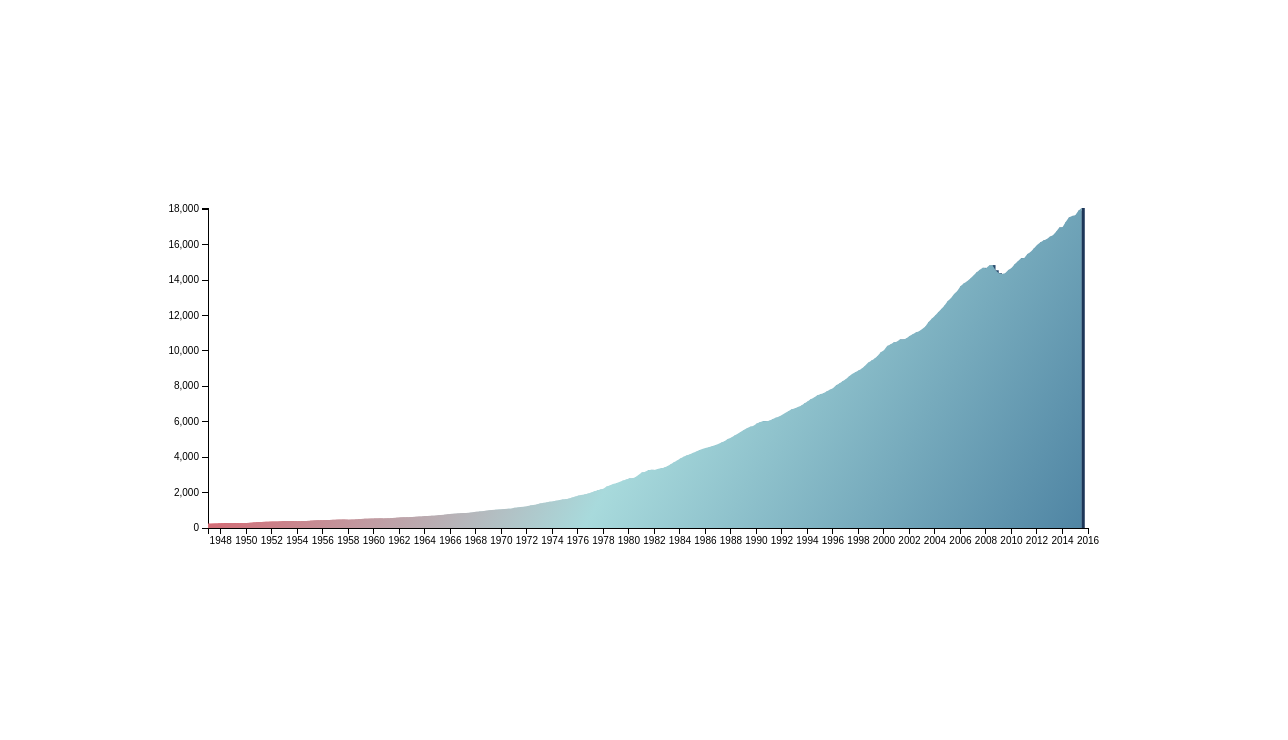
Repository: zizhang-AI/d3-barChart
Page: hello-world.html
The author's editor kept a record of every edit. The page is drawn from the files as they stood at one moment, then again after the next edit.
The browser window is 1280 px wide. The page is 1288 px wide, so the pictures cover 1288 px, including what lies to the right of the window. The pictures show the whole page.

Above is the page before.

### hello-world.html
<!DOCTYPE html>
<html lang="en-us">
<head>
	<meta charset="utf-8">
	<title>BarChartD3</title>
</head>
<style type="text/css">
	.axis text {
	  font: 10px sans-serif;
	}

	.axis path,
	.axis line {
	  fill: none;
	  stroke: #000;
	  shape-rendering: crispEdges;
	}
	.area {
		fill: url(#areaGradientFill);
	}
</style>
<body>
	<script type="text/javascript" src="d3.min.js" charset="utf-8"></script>
	<script type="text/javascript">

	d3.json("GDP-data.json", function(error, json) {
	  if (error) return console.warn(error);
	  data = json;
	  visualizeIt();
	});
	function visualizeIt() {
		let format = d3.time.format('%Y-%m-%d'),
			margin = {top: 200, right: 200, bottom: 200, left: 200},
			width = window.innerWidth,
			height = window.innerHeight;
		for (let i in data.data) {
			data.data[i][0] = format.parse(data.data[i][0]);
		}
		let xScale = d3.time.scale()
						.domain([d3.time.year(format.parse(data.from_date)),
								d3.time.year.offset(d3.time.year(format.parse(data.to_date)),1)])
						.range([0, width - margin.left - margin.right]);
		let yScale = d3.scale.linear()
						.domain([d3.max(data.data.map(function (d) {return d[1];})),0])
						.range([0, height - margin.top - margin.bottom]);
		let colorScale = d3.scale.linear()
						.domain([0,data.data.length*0.33, data.data.length*0.66, data.data.length])
						.range(['#e63946','#a8dadc','#457b9d','#1d3557']);

		let svg = d3.select('body')
						.append('svg')
						.attr({
							'width': width,
							'height': height,
						})
					.append('g')
						.attr('transform', 'translate(' + margin.left + ',' + margin.top + ')');
		///it is to be noted that directly translate svg does not work for Chrome, but appending a 'g' before translation works.
		let xAxis = d3.svg.axis()
						.scale(xScale)
						.ticks(d3.time.years, 2)
						.orient('bottom');
		let yAxis = d3.svg.axis()
						.scale(yScale)
						.orient('left');
		let offsetXAxis = height-margin.top - margin.bottom;

	  svg.append('defs')
	  		.append("linearGradient")
			.attr("id", "areaGradientFill")
			.attr("gradientUnits", "userSpaceOnUse")
			.attr("x1", 0)
			.attr("y1", '0%')
			.attr("x2", '100%')
			.attr("y2", '100%')
		.selectAll("stop")
			.data([
			{offset: "0%", color: "#e63946"},
			{offset: "33%", color: "#a8dadc"},
			{offset: "66%", color: "#457b9d"},
			{offset: "100%", color: "#1d3557"}
			])
			.enter().append("stop")
			.attr("offset", function(d) { return d.offset; })
			.attr("stop-color", function(d) { return d.color; });

		svg.append('g')
			.attr('class','x axis')
			.attr('transform','translate(0,'+ offsetXAxis +')')
			.call(xAxis);
		svg.append('g')
			.attr('class','y axis')
			.call(yAxis);
		svg.selectAll('.bar')
				.data(data.data)
			.enter().append('rect')
				.attr('class','bar')
				.attr('x',function(d){return xScale(d[0]);})
				.attr('y', function(d){return height - margin.top - margin.bottom;})
				.attr('fill', function(d,i){return colorScale(i);})
				.attr('width',(width - margin.left - margin.right)/data.data.length)
				.attr('height',0);
		///since the bar is drawn from top to bottom, you need to transition two properties.
		svg.selectAll('.bar')
			.transition()
			.duration(1000) //the duration change will bring very desirable animation!!
			.ease('elastic')
			.delay(function(d, i) {return i*2;})
			.attr('height', function(d){return height - yScale(d[1]) - margin.top - margin.bottom;})
			.attr('y',function(d) {return yScale(d[1]);});

		/*transition to area chart*/
		let area = d3.svg.area()
						.x(function(d) {return xScale(d[0]);})
						.y0(height-margin.top-margin.bottom)
						.y1(function(d) {return yScale(d[1]);});
		svg.append('path')
			.datum(data.data)
			.attr('class', 'area')
			.attr('d',area);
	}
	</script>
</body>

</html>

Loaded but not shown: d3.min.js (library); GDP-data.json (common file)

After the next edit:
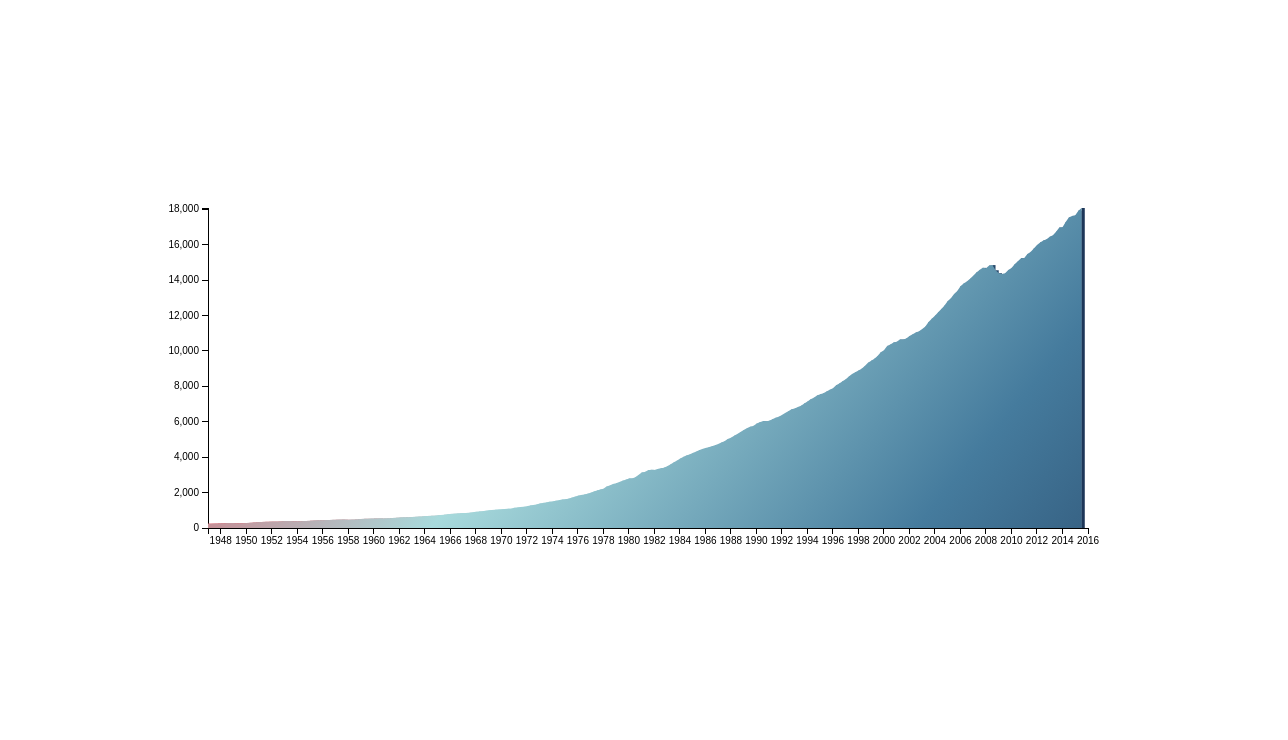
The edit:
--- a/hello-world.html
+++ b/hello-world.html
@@ -71,7 +71,7 @@
 			.attr("gradientUnits", "userSpaceOnUse")
 			.attr("x1", 0)
 			.attr("y1", '0%')
-			.attr("x2", '100%')
+			.attr("x2", width - margin.left - margin.right)
 			.attr("y2", '100%')
 		.selectAll("stop")
 			.data([
